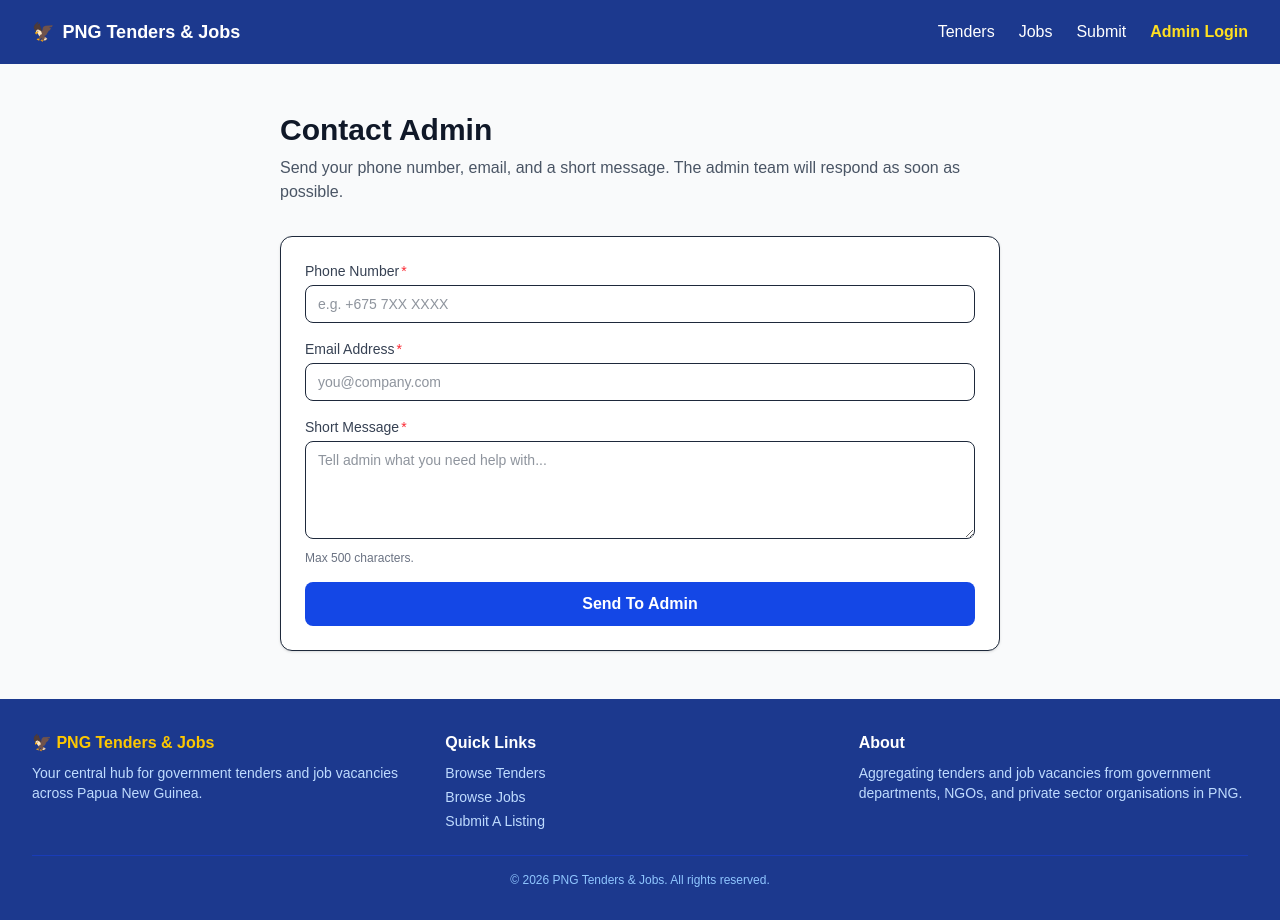
Repository: krazysoundsproduction-bit/Tender-Website
Page: /contact
An editor plug-in stored every save of this project. The page is shown before and after the next save, followed by the edit.
The browser window is 1280 px wide. The pictures show the whole page.
The page's requests for data from a server got no answer. The project was rebuilt for these pictures with package versions that can differ from the ones it lists, and the page was loaded fresh each time. The framework's server and built-in components were replaced by stand-ins that run in the browser. No one was signed in, and anything a server would have sent is missing. Also part of the build but not shown: next.config.ts.

Above is the page before, as saved 2026-07-23 15:04:12.

### app/layout.tsx
import type { Metadata } from "next";
import "./globals.css";
import Navbar from "@/components/layout/Navbar";
import Footer from "@/components/layout/Footer";

export const metadata: Metadata = {
  title: {
    default: "PNG Tenders & Jobs",
    template: "%s | PNG Tenders & Jobs",
  },
  description:
    "Browse government tenders and job vacancies across Papua New Guinea. Centralised listings updated daily.",
  metadataBase: new URL(
    process.env.NEXT_PUBLIC_SITE_URL ?? "https://png-tenders.vercel.app"
  ),
  openGraph: {
    type: "website",
    siteName: "PNG Tenders & Jobs",
    title: "PNG Tenders & Jobs",
    description:
      "Browse government tenders and job vacancies across Papua New Guinea.",
    images: [
      {
        url: "/og-image.png",
        width: 1200,
        height: 630,
        alt: "PNG Tenders & Jobs",
      },
    ],
  },
  twitter: {
    card: "summary_large_image",
    title: "PNG Tenders & Jobs",
    description:
      "Browse government tenders and job vacancies across Papua New Guinea.",
  },
};

export default function RootLayout({
  children,
}: Readonly<{
  children: React.ReactNode;
}>) {
  return (
    <html lang="en" className="h-full">
      <body className="min-h-full flex flex-col">
        <Navbar />
        <main className="flex-1">{children}</main>
        <Footer />
      </body>
    </html>
  );
}

### app/contact/page.tsx
import ContactAdminForm from "@/components/ui/ContactAdminForm";

export default function ContactPage() {
  return (
    <div className="bg-gray-50 py-10 sm:py-12">
      <div className="max-w-3xl mx-auto px-4 sm:px-6">
        <h1 className="text-3xl font-bold text-gray-900 mb-2">Contact Admin</h1>
        <p className="text-gray-600 mb-8">
          Send your phone number, email, and a short message. The admin team will
          respond as soon as possible.
        </p>
        <ContactAdminForm />
      </div>
    </div>
  );
}

### app/globals.css
@import "tailwindcss";

:root {
  --background: #f8fafc;
  --foreground: #1e293b;
}

body {
  background: var(--background);
  color: var(--foreground);
  font-family: Arial, Helvetica, sans-serif;
}

/* Utility to clamp text to 2 lines */
.line-clamp-2 {
  display: -webkit-box;
  -webkit-line-clamp: 2;
  -webkit-box-orient: vertical;
  overflow: hidden;
}

.line-clamp-3 {
  display: -webkit-box;
  -webkit-line-clamp: 3;
  -webkit-box-orient: vertical;
  overflow: hidden;
}

### components/layout/Navbar.tsx
import Link from "next/link";

export default function Navbar() {
  return (
    <nav className="bg-blue-900 text-white shadow-md">
      <div className="max-w-7xl mx-auto px-4 sm:px-6 lg:px-8">
        <div className="flex items-center justify-between h-16">
          <Link href="/" className="flex items-center gap-2 font-bold text-lg">
            <span className="text-yellow-400">🦅</span>
            <span>PNG Tenders & Jobs</span>
          </Link>
          <div className="flex items-center gap-4 sm:gap-6">
            <Link
              href="/tenders"
              className="text-sm sm:text-base hover:text-yellow-400 transition-colors"
            >
              Tenders
            </Link>
            <Link
              href="/jobs"
              className="text-sm sm:text-base hover:text-yellow-400 transition-colors"
            >
              Jobs
            </Link>
            <Link
              href="/submit"
              className="text-sm sm:text-base hover:text-yellow-400 transition-colors"
            >
              Submit
            </Link>
            <Link
              href="/admin/login"
              className="text-sm sm:text-base font-semibold text-yellow-300 hover:text-yellow-200 transition-colors"
            >
              Admin Login
            </Link>
          </div>
        </div>
      </div>
    </nav>
  );
}

### components/layout/Footer.tsx
import Link from "next/link";

export default function Footer() {
  return (
    <footer className="bg-blue-900 text-white mt-auto py-8">
      <div className="max-w-7xl mx-auto px-4 sm:px-6 lg:px-8">
        <div className="grid grid-cols-1 sm:grid-cols-3 gap-6">
          <div>
            <h3 className="font-bold text-yellow-400 mb-2">
              🦅 PNG Tenders &amp; Jobs
            </h3>
            <p className="text-sm text-blue-200">
              Your central hub for government tenders and job vacancies across
              Papua New Guinea.
            </p>
          </div>
          <div>
            <h4 className="font-semibold mb-2">Quick Links</h4>
            <ul className="space-y-1 text-sm text-blue-200">
              <li>
                <Link href="/tenders" className="hover:text-white transition-colors">
                  Browse Tenders
                </Link>
              </li>
              <li>
                <Link href="/jobs" className="hover:text-white transition-colors">
                  Browse Jobs
                </Link>
              </li>
              <li>
                <Link href="/submit" className="hover:text-white transition-colors">
                  Submit A Listing
                </Link>
              </li>
            </ul>
          </div>
          <div>
            <h4 className="font-semibold mb-2">About</h4>
            <p className="text-sm text-blue-200">
              Aggregating tenders and job vacancies from government departments,
              NGOs, and private sector organisations in PNG.
            </p>
          </div>
        </div>
        <div className="mt-6 pt-4 border-t border-blue-800 text-center text-xs text-blue-300">
          &copy; {new Date().getFullYear()} PNG Tenders &amp; Jobs. All rights reserved.
        </div>
      </div>
    </footer>
  );
}

### components/ui/ContactAdminForm.tsx
"use client";

import { useState } from "react";

export default function ContactAdminForm() {
  const [form, setForm] = useState({
    phone_number: "",
    email: "",
    message: "",
  });
  const [loading, setLoading] = useState(false);
  const [error, setError] = useState("");
  const [success, setSuccess] = useState("");

  function handleChange(
    e: React.ChangeEvent<HTMLInputElement | HTMLTextAreaElement>
  ) {
    setForm((prev) => ({ ...prev, [e.target.name]: e.target.value }));
  }

  async function handleSubmit(e: React.FormEvent) {
    e.preventDefault();
    setLoading(true);
    setError("");
    setSuccess("");

    const response = await fetch("/api/contact", {
      method: "POST",
      headers: { "Content-Type": "application/json" },
      body: JSON.stringify({
        phone_number: form.phone_number.trim(),
        email: form.email.trim(),
        message: form.message.trim(),
      }),
    });

    const result = await response.json();

    if (!response.ok) {
      setError(result.error ?? "Unable to send message.");
      setLoading(false);
      return;
    }

    setSuccess("Your message has been sent to admin.");
    setForm({ phone_number: "", email: "", message: "" });
    setLoading(false);
  }

  return (
    <form
      onSubmit={handleSubmit}
      className="bg-white border rounded-xl shadow-sm p-6 space-y-4"
    >
      {success && (
        <div className="bg-green-50 border border-green-200 text-green-700 rounded-lg px-4 py-3 text-sm">
          {success}
        </div>
      )}
      {error && (
        <div className="bg-red-50 border border-red-200 text-red-700 rounded-lg px-4 py-3 text-sm">
          {error}
        </div>
      )}

      <Field label="Phone Number" required>
        <input
          name="phone_number"
          type="tel"
          required
          value={form.phone_number}
          onChange={handleChange}
          placeholder="e.g. +675 7XX XXXX"
          className={inputClass}
        />
      </Field>

      <Field label="Email Address" required>
        <input
          name="email"
          type="email"
          required
          value={form.email}
          onChange={handleChange}
          placeholder="you@company.com"
          className={inputClass}
        />
      </Field>

      <Field label="Short Message" required>
        <textarea
          name="message"
          required
          maxLength={500}
          rows={4}
          value={form.message}
          onChange={handleChange}
          placeholder="Tell admin what you need help with..."
          className={`${inputClass} resize-y`}
        />
        <p className="text-xs text-gray-500 mt-1">Max 500 characters.</p>
      </Field>

      <button
        type="submit"
        disabled={loading}
        className="w-full bg-blue-700 text-white py-2.5 rounded-lg font-semibold hover:bg-blue-800 transition-colors disabled:opacity-60"
      >
        {loading ? "Sending..." : "Send To Admin"}
      </button>
    </form>
  );
}

const inputClass =
  "w-full border rounded-lg px-3 py-2 text-sm focus:outline-none focus:ring-2 focus:ring-blue-500";

function Field({
  label,
  required,
  children,
}: {
  label: string;
  required?: boolean;
  children: React.ReactNode;
}) {
  return (
    <div>
      <label className="block text-sm font-medium text-gray-700 mb-1">
        {label}
        {required && <span className="text-red-500 ml-0.5">*</span>}
      </label>
      {children}
    </div>
  );
}

After the next save:
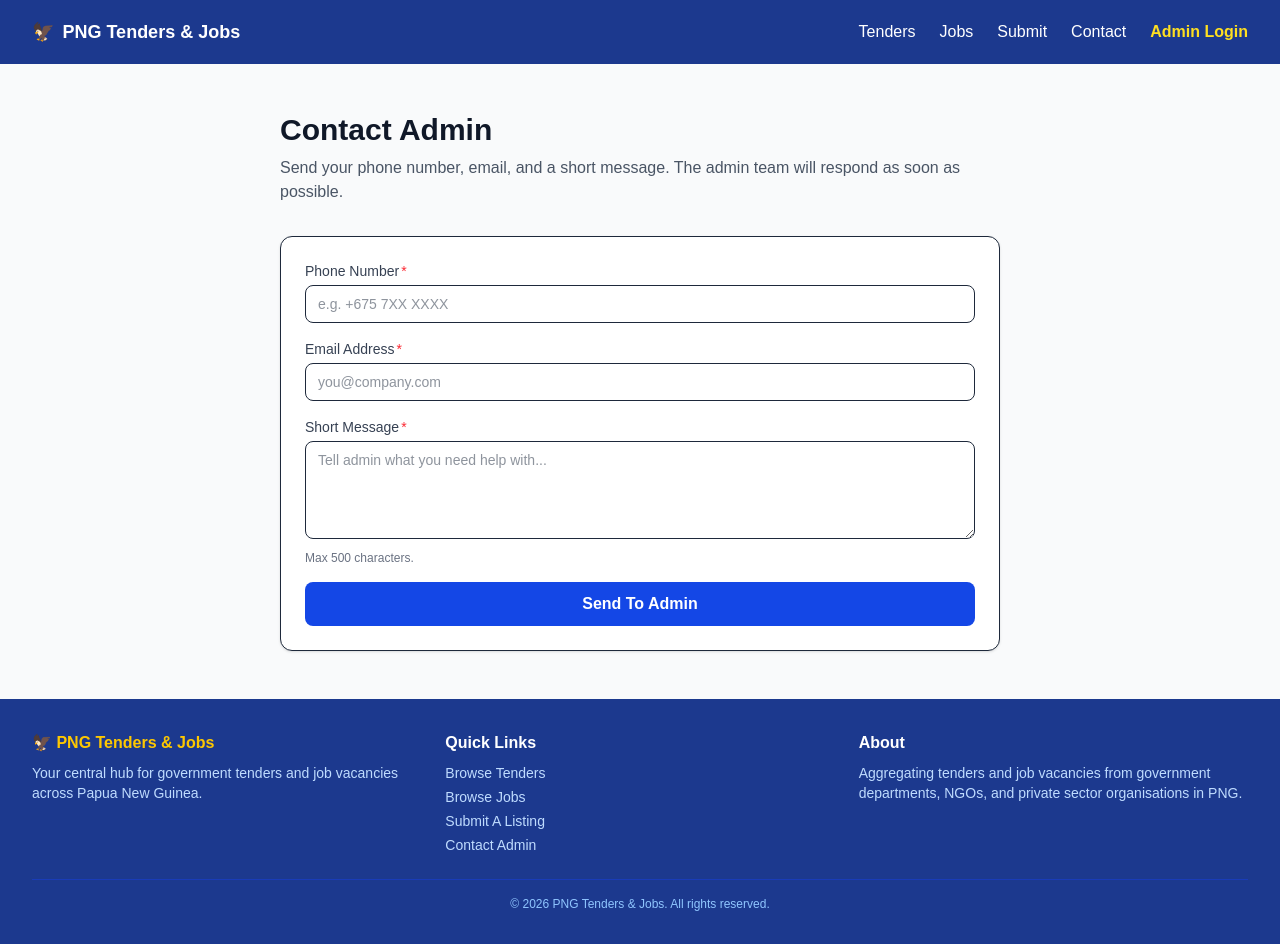
Saved 9 s later.
--- a/components/layout/Navbar.tsx
+++ b/components/layout/Navbar.tsx
@@ -29,6 +29,12 @@ export default function Navbar() {
               Submit
             </Link>
             <Link
+              href="/contact"
+              className="text-sm sm:text-base hover:text-yellow-400 transition-colors"
+            >
+              Contact
+            </Link>
+            <Link
               href="/admin/login"
               className="text-sm sm:text-base font-semibold text-yellow-300 hover:text-yellow-200 transition-colors"
             >
--- a/components/layout/Footer.tsx
+++ b/components/layout/Footer.tsx
@@ -32,6 +32,11 @@ export default function Footer() {
                   Submit A Listing
                 </Link>
               </li>
+              <li>
+                <Link href="/contact" className="hover:text-white transition-colors">
+                  Contact Admin
+                </Link>
+              </li>
             </ul>
           </div>
           <div>
